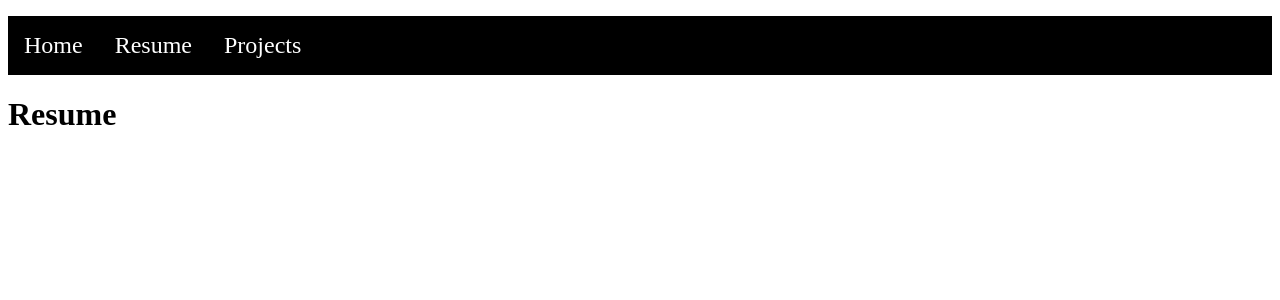
Repository: GiangNguyen2805/GiangNguyen2805.github.io
Page: resume.html
The author's editor kept a record of every edit. The page is drawn from the files as they stood at one moment, then again after the next edit.
The browser window is 1280 px wide. The pictures show the whole page.

Above is the page before.

After the next edit:
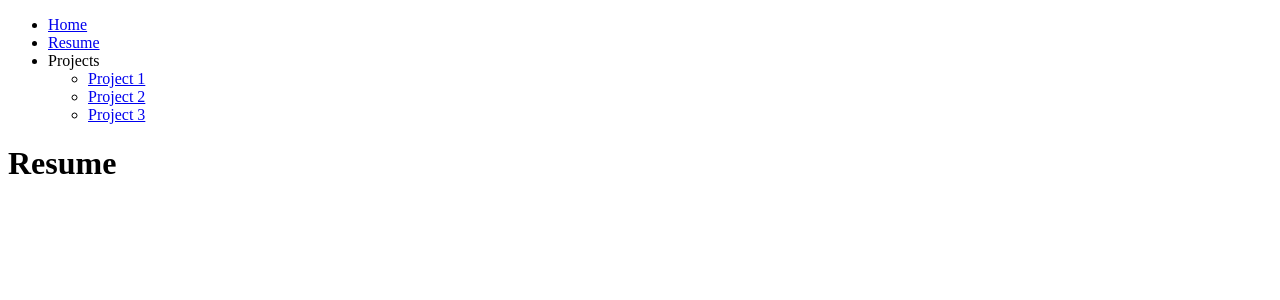
The edit:
--- a/resume.html
+++ b/resume.html
@@ -3,39 +3,7 @@
 <head>
 <title>Page Title</title>
 <style>
-    .navbar{
-        list-style: none;
-        background-color: black;
-        overflow: hidden;
-        padding: 0;
-    }
-    .navbar a, .dropdown div{
-        text-decoration: none;
-        color: white ;
-        font-size: 24px;
-        padding: 16px;
-        display: inline-block;
-    }
-   .navbar li{
-       float: left;
-   }
-   .navbar li:hover{
-       background-color: blue;
-   }
-   .dropdown-content{
-       list-style: none;
-       padding: 0;
-       display: none;
-       position: absolute;
-       z-index: 1;
-       background-color: black
-   }
-   .dropdown-content li{
-       float: none;
-   }
-   .dropdown:hover .dropdown-content{
-       display: block;
-   }
+
 
 </style>
 
@@ -45,7 +13,7 @@
 
 <ul class="navbar">
 <li><a href="/index.html">Home</a></li>
-<li><a href="resume.html">Resume</a></li>
+<li class=" active"><a href="resume.html">Resume</a></li>
 <li class="dropdown">
     <div>Projects</div>
     <ul class="dropdown-content">
